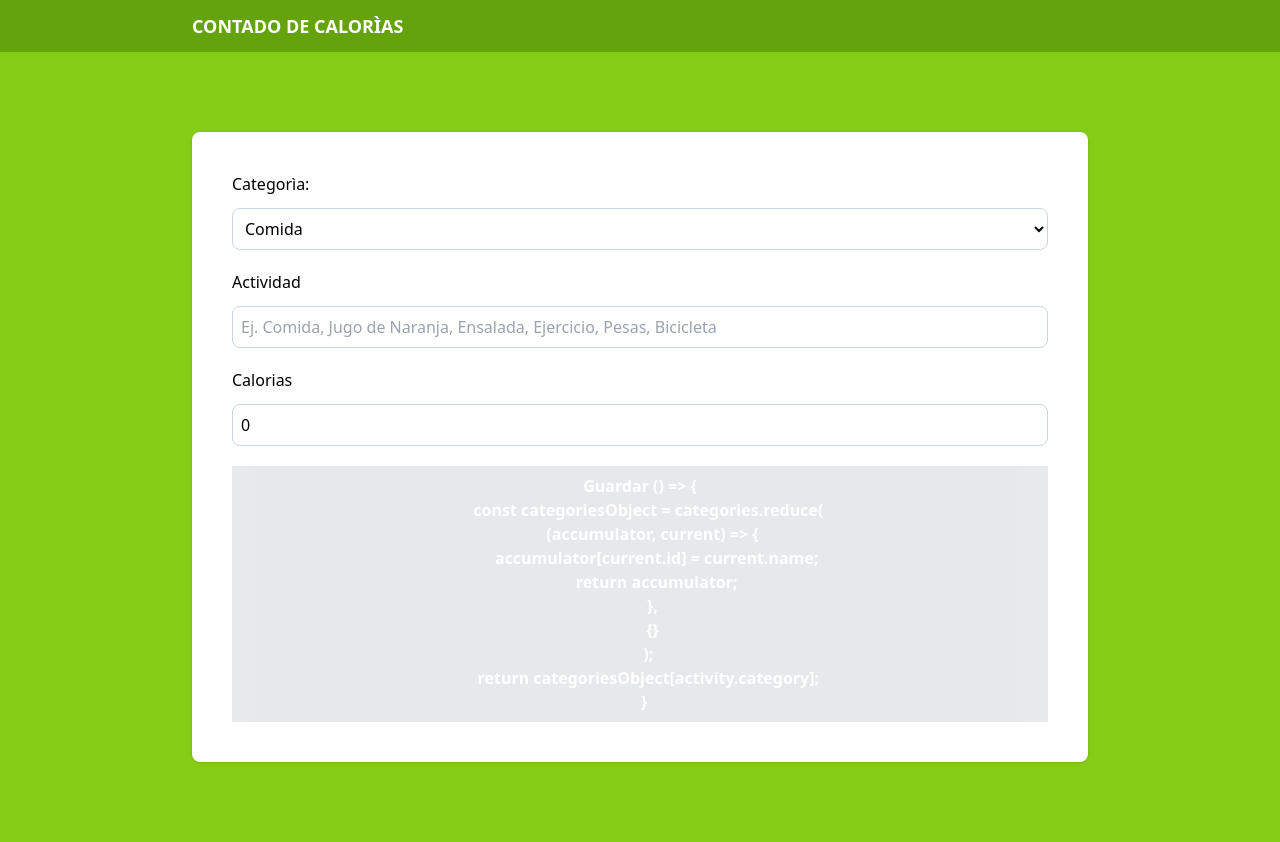
Repository: Matiiu/calorie-tracker
Page: /
An editor plug-in stored every save of this project. The page is shown before and after the next save, followed by the edit.
The browser window is 1280 px wide. The pictures show the whole page.
The project was rebuilt for these pictures with package versions that can differ from the ones it lists, and the page was loaded fresh each time. Also part of the build but not shown: vite.config.ts.

Above is the page before, as saved 2024-04-01 11:28:38.

### index.html
<!doctype html>
<html lang="en">
  <head>
    <meta charset="UTF-8" />
    <link rel="icon" type="image/svg+xml" href="/vite.svg" />
    <meta name="viewport" content="width=device-width, initial-scale=1.0" />
    <title>Contador de Calorías - React</title>
  </head>
  <body>
    <div id="root"></div>
    <script type="module" src="/src/main.tsx"></script>
  </body>
</html>

### src/App.tsx
import Header from "./components/Header";
import Form from "./components/Form";
export default function App() {
  return (
    <>
      <Header />

      <section className="bg-lime-500 py-20 px-5">
        <div className="max-w-4xl mx-auto">
          <Form />
        </div>
      </section>
    </>
  );
}

### src/components/Header.tsx
export default function Header() {
  return (
    <header className="bg-lime-600 py-3">
      <div className="max-w-4xl mx-auto flex justify-between">
        <h1 className="text-center text-lg font-bold text-white uppercase">
          Contado de Calorìas
        </h1>
      </div>
    </header>
  );
}

### src/components/Form.tsx
import { useState, ChangeEvent } from "react";
import { categories } from "../data/categories";
import type { Activity } from "../types";

export default function Form() {
  const [activity, setActivity] = useState<Activity>({
    category: 1,
    activityName: "",
    calories: 0,
  });

  const handleChange = (
    e: ChangeEvent<HTMLInputElement | HTMLSelectElement>
  ) => {
    // Validamos si es un campo numérico
    const isNumberFiled = ["category", "calories"].includes(e.target.id);
    // Si lo es convertimos el dato a numérico
    setActivity({
      ...activity,
      [e.target.id]: isNumberFiled ? +e.target.value : e.target.value,
    });
  };

  const isValidateActivity = () => {
    const { activityName, calories } = activity;
    // Validamos que el campo actividad y calorías estén diligenciados
    return !!(activityName || "").trim() && calories > 0;
  };

  const nameSubmit = () => {
    const categoriesObject = categories.reduce(
      (accumulator: Record<number, string>, current) => {
        accumulator[current.id] = current.name;
        return accumulator;
      },
      {}
    );
    return categoriesObject[activity.category];
  };

  return (
    <form className="space-y-5 bg-white shadow p-10 rounded-lg">
      <div className="grid grid-cols-1 gap-3">
        <label htmlFor="category">Categorìa:</label>
        <select
          name="category"
          id="category"
          className="border border-slate-300 p-2 rounded-lg w-full bg-white"
          value={activity.category}
          onChange={handleChange}
        >
          {categories.map((category) => (
            <option key={category.id} value={category.id}>
              {category.name}
            </option>
          ))}
        </select>
      </div>

      <div className="grid grid-cols-1 gap-3">
        <label htmlFor="activityName">Actividad</label>
        <input
          id="activityName"
          name="activityName"
          type="text"
          className="border border-slate-300 p-2 rounded-lg"
          placeholder="Ej. Comida, Jugo de Naranja, Ensalada, Ejercicio, Pesas, Bicicleta"
          value={activity.activityName}
          onChange={handleChange}
        />
      </div>

      <div className="grid grid-cols-1 gap-3">
        <label htmlFor="calories">Calorias</label>
        <input
          id="calories"
          name="calories"
          type="number"
          className="border border-slate-300 p-2 rounded-lg"
          placeholder="Ej. 300 o 500"
          min={0}
          value={activity.calories}
          onChange={handleChange}
        />
      </div>

      <input
        type="submit"
        className="bg-gray-800 hover:bg-gray-900 w-full p-2 font-bold text-white cursor-pointer disabled:opacity-10 disabled:cursor-auto"
        value={`Guardar ${nameSubmit}`}
        disabled={!isValidateActivity()}
      />
    </form>
  );
}

### src/data/categories.ts
import { Category } from "../types";

export const categories: Category[] = [
  { id: 1, name: "Comida" },
  { id: 2, name: "Ejercicio" },
];

Loaded but not shown: src/main.tsx (common file); src/index.css (common file); tailwind.config.js (common file)

After the next save:
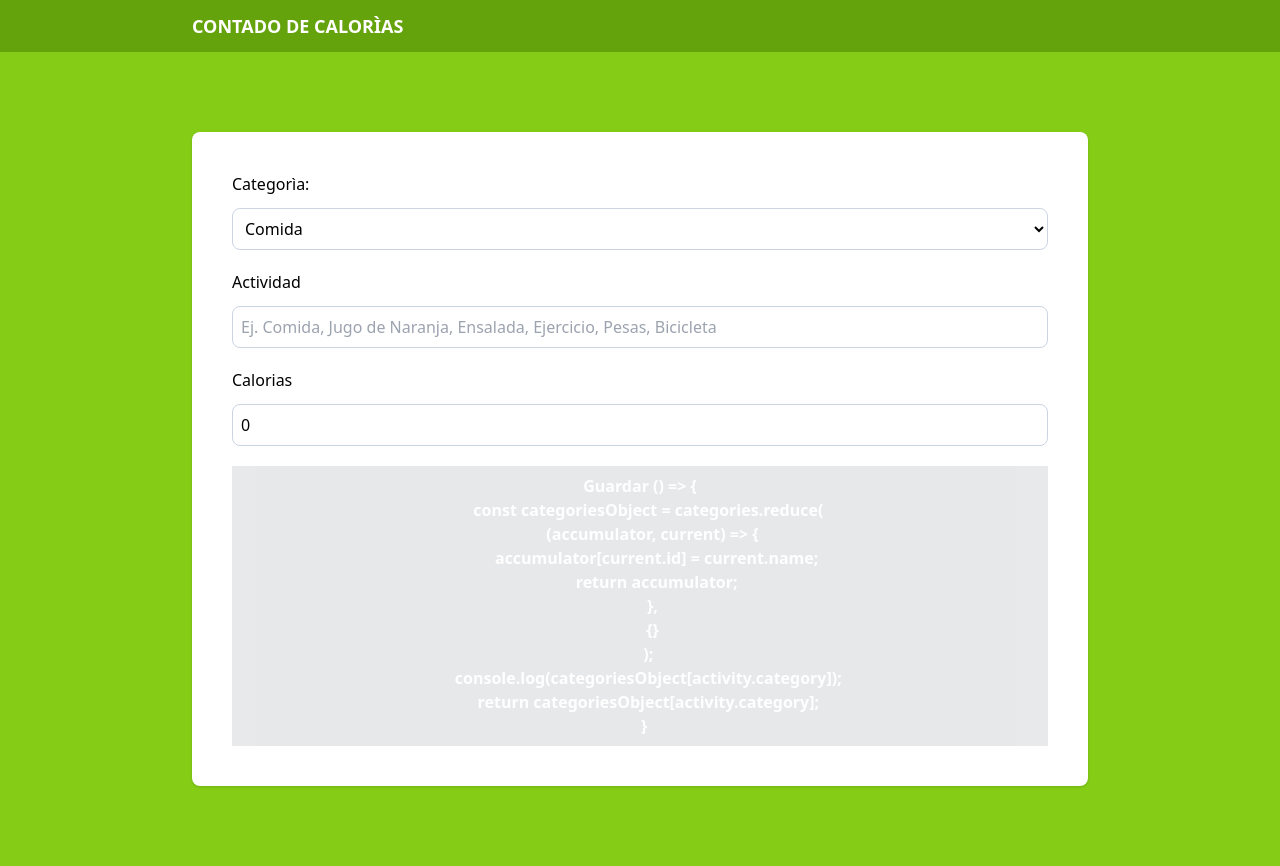
Saved 30 s later.
--- a/src/components/Form.tsx
+++ b/src/components/Form.tsx
@@ -35,6 +35,7 @@ export default function Form() {
       },
       {}
     );
+    console.log(categoriesObject[activity.category])
     return categoriesObject[activity.category];
   };
 
